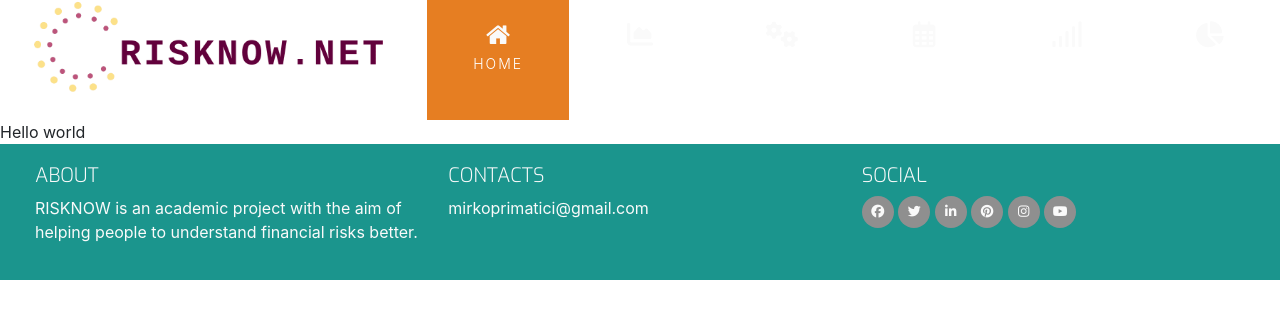
Repository: mirkoprimaticix/risknow.net
Page: index.html
The author's editor kept a record of every edit. The page is drawn from the files as they stood at one moment, then again after the next edit.
The browser window is 1280 px wide. The pictures show the whole page.
Some web libraries are served in a nearby version.

Above is the page before.
Console error: TypeError: Cannot read properties of undefined (reading 'fn')

### index.html
<!DOCTYPE html>
<html lang="en">
<head>
    <meta charset="UTF-8">
    <meta name="viewport" content="width=device-width, initial-scale=1.0">
    <meta http-equiv="X-UA-Compatible" content="ie=edge">
    <link rel="stylesheet" href="https://stackpath.bootstrapcdn.com/bootstrap/4.3.1/css/bootstrap.min.css" integrity="sha384-ggOyR0iXCbMQv3Xipma34MD+dH/1fQ784/j6cY/iJTQUOhcWr7x9JvoRxT2MZw1T" crossorigin="anonymous">
    <script src="https://stackpath.bootstrapcdn.com/bootstrap/4.3.1/js/bootstrap.min.js" integrity="sha384-JjSmVgyd0p3pXB1rRibZUAYoIIy6OrQ6VrjIEaFf/nJGzIxFDsf4x0xIM+B07jRM" crossorigin="anonymous"></script>
    <link rel="stylesheet" href="https://cdnjs.cloudflare.com/ajax/libs/hover.css/2.1.1/css/hover-min.css" type="text/css" />
    <link rel="stylesheet" href="assets/css/style.css" type="text/css" />
    <script src="https://kit.fontawesome.com/079103ba7f.js"></script>
    <link rel="stylesheet" href="https://stackpath.bootstrapcdn.com/font-awesome/4.7.0/css/font-awesome.min.css" type="text/css" />

    <title>RISKNOW</title>
</head>
<body>
    <header>
        <div class = "row no-gutters">
            <a href="index.html" class = "col-md-4 logo">

            </a>
            <div class="col-md-8">
                <div class="row no-gutters">
                    <div class="col">
                        <ul id="nav" class="list-inline menucontainer">
                            <li class="col-6 col-sm-2 list-inline-item ui-menu-color-home menuitem">
                                <a href="index.html" class="hvr-sweep-to-bottom"><i class="fa fa-home" aria-hidden="true"></i><span>Home</span></a>
                            </li>
                            <li class="col-6 col-sm-2 list-inline-item ui-menu-color-fr menuitem">
                                <a href="resume.html" class="hvr-sweep-to-bottom"><i class="fas fa-chart-area" aria-hidden="true"></i><span>Financial Risks</span></a>
                            </li>
                            <li class="col-6 col-sm-2 list-inline-item ui-menu-color-or menuitem">
                                <a href="contact.html" class="hvr-sweep-to-bottom"><i class="fas fa-cogs" aria-hidden="true"></i><span>Operational Risks</span></a>
                            </li>
                            <li class="col-6 col-sm-2 list-inline-item ui-menu-color-er menuitem">
                                <a href="assets/cv/cv-mirko.pdf" target="_blank" class="hvr-sweep-to-bottom"><i class="far fa-calendar-alt" aria-hidden="true"></i><span>Event Risks</span></a>
                            </li>
                            <li class="col-6 col-sm-2 list-inline-item ui-menu-color-mr menuitem">
                                <a href="contact.html" class="hvr-sweep-to-bottom"><i class="fas fa-signal" aria-hidden="true"></i><span>Market Risks</span></a>
                            </li>
                            <li class="col-6 col-sm-2 list-inline-item ui-menu-color-rt menuitem">
                                <a href="contact.html" class="hvr-sweep-to-bottom"><i class="fas fa-chart-pie" aria-hidden="true"></i><span>Risk Tolerance</span></a>
                            </li>
                        </ul>
                    </div>
                </div>
            </div>
        </div>
    </header>

    <section>
        Hello world
    </section>



    <footer class="container-fluid">
        <div id="footer-details" class="row">
            <div class="col-sm-4">
                <h5 class="uppercase general-sub">About</h5>
                <p class="inline-block">
                    RISKNOW is an academic project with the aim of helping people to understand financial risks better.
                </p>
            </div>
            <div class="col-sm-4">
                <h5 class="uppercase general-sub">Contacts</h5>
                <p class="inline-block">
                    mirkoprimatici@gmail.com
                </p>
            </div>
            <div class="col-sm-4">
                <h5 class="uppercase general-sub">Social</h5>
                <ul class="list-inline social-links">
                    <li class="list-inline-item">
                        <a target="_blank" href="#">
                            <i class="fa fa-facebook" aria-hidden="true"></i>
                            <span class="sr-only">Facebook</span>
                        </a>
                    </li>
                    <li class="list-inline-item">
                        <a target="_blank" href="#">
                            <i class="fa fa-twitter" aria-hidden="true"></i>
                            <span class="sr-only">Twitter</span>
                        </a>
                    </li>
                    <li class="list-inline-item">
                        <a target="_blank" href="#">
                            <i class="fa fa-linkedin" aria-hidden="true"></i>
                            <span class="sr-only">LinkedIn</span>
                        </a>
                    </li>
                    <li class="list-inline-item">
                        <a target="_blank" href="#">
                            <i class="fa fa-pinterest" aria-hidden="true"></i>
                            <span class="sr-only">Pinterest</span>
                        </a>
                    </li>
                    <li class="list-inline-item">
                        <a target="_blank" href="#">
                            <i class="fa fa-instagram" aria-hidden="true"></i>
                            <span class="sr-only">Instagram</span>
                        </a>
                    </li>
                    <li class="list-inline-item">
                        <a target="_blank" href="#">
                            <i class="fa fa-youtube" aria-hidden="true"></i>
                            <span class="sr-only">YouTube</span>
                        </a>
                    </li>
                </ul>
            </div>
        </div>
    </footer>
</body>
</html>

### assets/css/style.css
@import url('https://fonts.googleapis.com/css?family=Roboto:100,200,300,400,500,600,700|Exo:100,200,300,400,500,600,700');

/*--------------------------------------------Colors*/

.bg-color-name-title {
    background-color: #676767;
}

.bg-color-three-reasons {
    background-color: #fff;
}

.bg-color-personal-info {
    background-color: #f4f4f4;
}

.bg-color-work-history {
    background-color: #9b59b6;
}

.bg-color-contact {
    background-color: #fff;
}

.ui-menu-color-home {
    background-color: #e67e22;
}

.ui-menu-color-resume {
    background-color: #9b59b6;
}

.ui-menu-color-contact {
    background-color: #3498db;
}

.ui-menu-color-download {
    background-color: #525252;
}

.row-table {
    display: table;
}

.section-column {
    display: table-cell;
    padding: 0 30px 30px;
    float: none;
}

.section-heading {
    font-family: "Exo", sans-serif;
    font-weight: 300;
    margin-top: 25px;
    margin-bottom: 40px;
}

/* ----------------------------------------Special paddings/margins/text */

h1,
h2,
h3,
h4 {
    margin: 0;
}

.uppercase {
    text-transform: uppercase;
}

.general-sub {
    font-family: "Exo", sans-serif;
    font-weight: 300;
    color: #fafafa;
}

.inline-block {
    display: inline-block;
}

.row-table {
    display: table;
}

.section-column {
    display: table-cell;
    padding: 0 30px 30px;
    float: none;
}

.history-heading,
.section-heading {
    font-family: "Exo", sans-serif;
    font-weight: 300;
    margin-top: 25px;
    margin-bottom: 40px;
}

/*--------------------------------------------Heading*/

header {
    margin: 0;
}

.heading {
    margin-left: 50px;
}


.logo {
    background: url("../images/logo.png");
    background-position: center;
    background-repeat: no-repeat;
    background-size: cover;
    min-height: 120px;
    transition: all .5s ease-in-out;
    -moz-transition: all .5s ease-in-out;
    -webkit-transition: all .5s ease-in-out;
}

.name {
    font-family: "Exo", sans-serif;
    font-weight: 100;
    font-size: 46px;
    margin-top: 50px;
    color: #fff;
}

.title {
    font-family: "Roboto", sans-serif;
    font-weight: 200;
    font-size: 28px;
    margin-top: 20px;
    margin-bottom: 90px;
    color: #fff;
}

.list-inline-item:not(:last-child) {
    margin: 0;
}

.menucontainer {
    font-size: 0;
}

#nav li {
    font-size: 14px;
    padding: 0;
}

#nav {
    margin: 0;
}

.menuitem {
    height: 120px;
    text-align: center;
    padding: 0;
}

.menuitem a {
    width: 100%;
    text-decoration: none;
    color: #fff;
    height: 120px;
}

.menuitem a i {
    padding-top: 22px;
    display: block;
    color: #fafafa;
    font-size: 26px;
}

.menuitem span {
    display: block;
    width: 100%;
    padding-top: 5px;
    text-align: center;
    text-transform: uppercase;
    font-size: 14px;
    font-weight: 300;
    letter-spacing: 2px;
}

/*--------------------------------------------Hover.css*/

.hvr-sweep-to-bottom:before {
    background: rgba(0, 0, 0, 0.2);
    height: 120px;
}

/* ----------------------------------------Footer */

footer {
    background-color: #1B958D;
    color: #fafafa;
    min-height: 120px;
    margin: 0;
}

.social-links {
    padding-bottom: 15px;
}

.social-links li a i {
    width: 32px;
    height: 32px;
    padding: 12px 0;
    border-radius: 50%;
    font-size: 13px;
    line-height: 7px;
    text-align: center;
    color: #fafafa;
    background: #8f8f8f;
    transition: all 0.35s ease-in-out;
    -moz-transition: all 0.35s ease-in-out;
    -webkit-transition: all 0.35s ease-in-out;
    -o-transition: all 0.35s ease-in-out;
}

.social-links li a i:hover {
    background: #A4FFFA;
}

#footer-details {
    padding: 20px;
}

/* ----------------------------------------Three Reasons */

.three-reasons-icon {
    font-size: 26px;
    color: #e67e22;
}

.three-reasons-heading {
    margin-bottom: 15px;
}

/* ----------------------------------------Personal Info */

.personal-info-item {
    margin-bottom: 20px;
    display: block;
    clear: both;
}

.personal-info-item .key,
.personal-info-item .value {
    padding-right: 8px;
    display: inline-block;
}

.personal-info-item .key p,
.personal-info-item .value p {
    margin: 0;
}

.personal-info-item .key {
    width: 30%;
    margin-right: 21px;
    padding-top: 2px;
    vertical-align: top;
}

.personal-info-item .key p {
    font-weight: 700;
}

.personal-info-item .value {
    position: relative;
    width: 60%;
}

/* ----------------------------------------Skills */

.progress {
    position: relative;
    height: 25px;
    margin-bottom: 4px;
}

.progress-type {
    position: absolute;
    left: 0px;
    font-weight: 400;
    padding: 3px 30px 2px 10px;
    color: #fafafa;
    background-color: rgba(25, 25, 25, 0.2);
}

.progress-section {
    margin: 40px 20px;
}

/* ----------------------------------------Work History */

.history-heading {
    color: #fafafa;
    margin-bottom: 50px;
}

.timeline-item {
    padding: 4em 2em 0em 2em;
    position: relative;
    color: #fafafa;
    border-left: 1px solid;
}

.timeline-item p {
    padding: 0;
    margin: 0;
}

.timeline-item:before {
    content: attr(data-dates);
    position: absolute;
    left: 2.5em;
    top: 3em;
    display: block;
    font-family: "Exo", sans-serif;
    font-weight: 500;
    font-size: 0.8em;
    padding: 0;
    margin: 0;
}

.timeline-item:after {
    width: 12px;
    height: 12px;
    display: block;
    top: 2.4em;
    position: absolute;
    left: -6px;
    border-radius: 12px;
    content: '';
    background: #fafafa;
}

.history-items {
    margin-bottom: 30px;
}

/* ----------------------------------------Contact Form */

.contact-heading {
    font-family: "Exo", sans-serif;
    font-weight: 300;
    margin-top: 25px;
    margin-bottom: 20px;
}

.center-form {
    padding-top: 10px;
    margin: 0 auto;
    max-width: 70%;
}

button[type="submit"] {
    margin-top: 15px;
    margin-bottom: 20px;
    color: #fafafa;
    background-color: #e84610;
}

/* ----------------------------------------Media Queries */

@media(min-width: 992px) {
    .center-form {
        padding-top: 30px;
        min-height: 240px;
        margin: 0 auto;
        max-width: 50%;
    }
}

After the next edit:
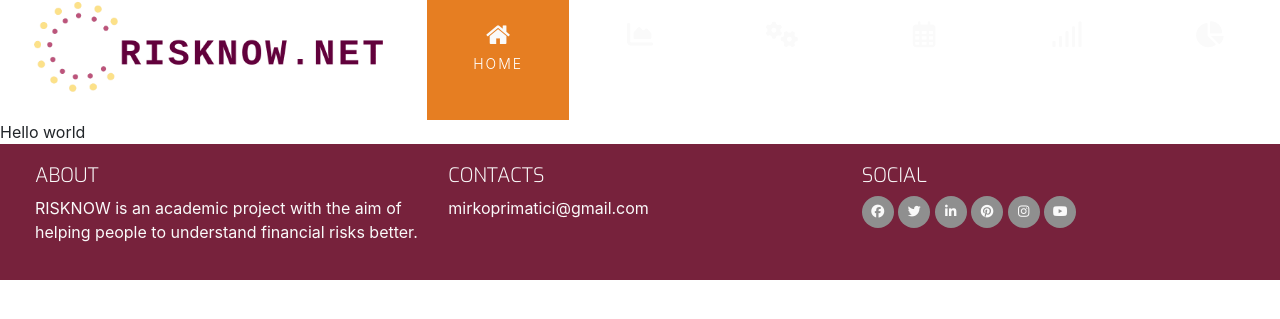
The edit:
--- a/assets/css/style.css
+++ b/assets/css/style.css
@@ -193,7 +193,7 @@
 /* ----------------------------------------Footer */
 
 footer {
-    background-color: #1B958D;
+    background-color: #77223C;
     color: #fafafa;
     min-height: 120px;
     margin: 0;
